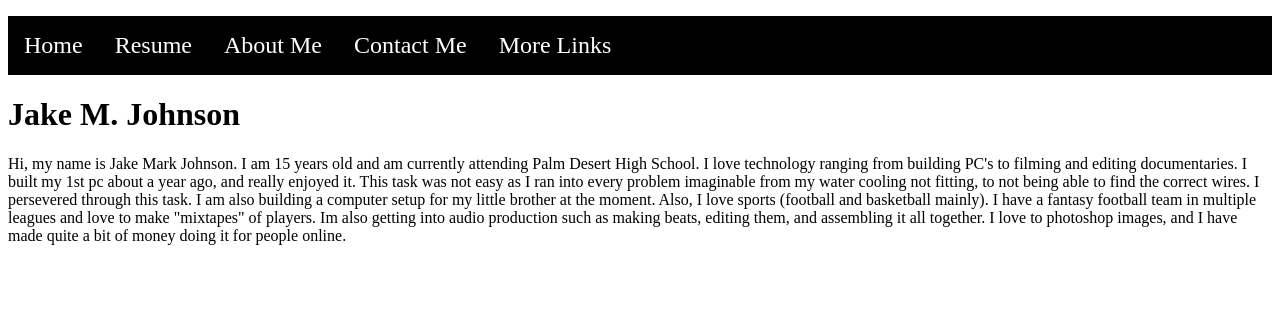
Repository: jakemj/jakemj.github.io
Page: aboutme.html
The author's editor kept a record of every edit. The page is drawn from the files as they stood at one moment, then again after the next edit.
The browser window is 1280 px wide. The pictures show the whole page.

Above is the page before.

### aboutme.html
<!DOCTYPE html>
<html>
    <head>
    <title>Welcome to my thread!</title>
    <link rel="stylesheet" type="text/css" href="style.css">

    </head>
    <body>
      <ul class="navbar">
        <li><a href=index.html>Home</a></li>
        <li><a href="https://awseducate.com">Resume</a></li>
        <li><a href="/aboutme.html">About Me</a></li>
        <li><a href="https://awseducate.com">Contact Me</a></li>
        <li class = "dropdown">
            <div>More Links</div>
            <ul class="dropdown-content">
            <li><a href="#">Project 1</a></li>
            <li><a href="#">Project 2</a></li>
            <li><a href="#">Project 3</a></li>
        </ul>



    </li>

    </ul>

    <header><h1>Jake M. Johnson</h1></header>
    Hi, my name is Jake Mark Johnson. I am 15 years old and am currently
    attending Palm Desert High School.
    I love technology ranging from building PC's
    to filming and editing documentaries. I built my 1st pc
    about a year ago, and really enjoyed it. This task was not
    easy as I ran into every problem imaginable from my water
    cooling not fitting, to not being able to find the correct
    wires. I persevered through this task. I am also building a
    computer setup for my little brother at the moment. Also, I
    love sports (football and basketball mainly). I have a fantasy
    football team in multiple leagues and love to make "mixtapes" of
    players. Im also getting into audio production such as making beats,
    editing them, and assembling it all together. I love to photoshop
    images, and I have made quite a bit of money doing it for people
    online.
    </body>
</html>

### style.css
        .navbar{
            list-style: none;
            background-color: black;
            overflow: hidden;
            padding: 0;
        }

        .navbar a, .dropdown div{
            text-decoration: none;
            color: white;
            font-size: 24px;
            padding: 16px;
            display:inline-block;
        }
        .navbar li{
            float: left;
        }

        .navbar li:hover{
            background-color: pink;
        }

        .dropdown-content{
            list-style: none;
            padding: 0;
            display: none;
            position: absolute;
            z-index: 1;
            background-color: black;
        }

        .dropdown-content li{
            float: none;
        }

        .dropdown:hover .dropdown-content{
            display: block;
        }

        .dropdown {
            list-style: none;

        }
        .dropdown li{
            float: none;

        }

After the next edit:
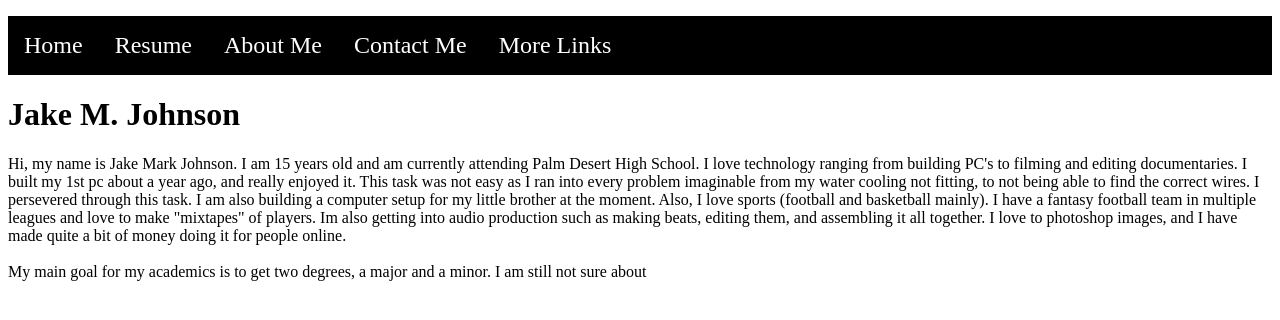
The edit:
--- a/aboutme.html
+++ b/aboutme.html
@@ -41,5 +41,9 @@
     editing them, and assembling it all together. I love to photoshop
     images, and I have made quite a bit of money doing it for people
     online.
+    <br>
+    <br>
+    My main goal for my academics is to get two degrees, a major and a minor.
+    I am still not sure about
     </body>
 </html>
